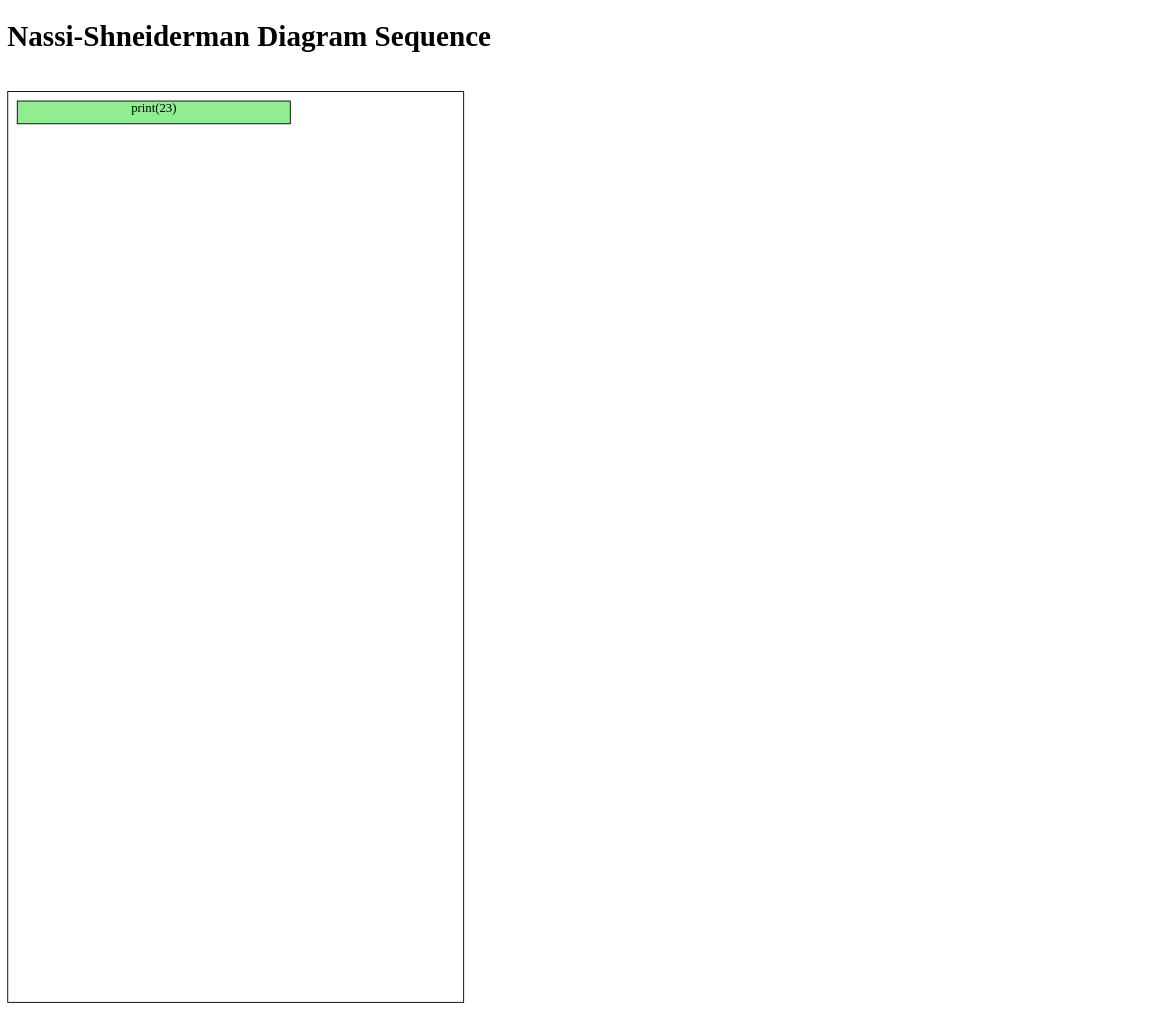
Repository: fabsch225/Nassi-Shneiderman-Compiler
Page: demo.html
The author's editor kept a copy of each file at every save. The page is drawn from the files as they stood at one save, then again after the next save.
The browser window is 1280 px wide. The pictures show the whole page, at 91% of full size.

Above is the page before, as saved 2024-05-15 23:20:52.

### demo.html
<!DOCTYPE html>
<html lang="en">
<head>
<meta charset="UTF-8">
<meta name="viewport" content="width=device-width, initial-scale=1.0">
<title>Nassi-Shneiderman Diagram Sequence</title>
<script src="src/nassi_svg_api.js"></script>
<script src="src/compiler.js"></script>
<script src="src/converter.js"></script>
<style>
    svg {
        border: 1px solid black;
        margin: 20px auto;
        width: 500px;
        height: 1000px;
    }
</style>
</head>
<body>
<h1>Nassi-Shneiderman Diagram Sequence</h1>
<svg id="canvas" ></svg>
<script>
    var svgContainer = document.getElementById('canvas');


    //Manual creation of a Nassi-Shneiderman diagram
    /*svgContainer.innerHTML += createSequenceBlock(10, 10, 300, 50, "Start").svgAppendix;
    var block = createDecisionBlock(10, 60, 300, 100, "Was ist Schwerer", "1 Kg Federn", "1 Kg Gold");
    svgContainer.innerHTML += block.svgAppendix;
    var bounds1 = block.children[0];
    var bounds2 = block.children[1];
    var option1 = createSequenceBlock(bounds1.start_x, bounds1.start_y, bounds1.width, bounds1.height, "Das ist richtig");
    var option2 = createSequenceBlock(bounds2.start_x, bounds2.start_y, bounds2.width, bounds2.height, "Das ist richtig");
    svgContainer.innerHTML += option1.svgAppendix;
    svgContainer.innerHTML += option2.svgAppendix;*/

    // Example usage:
    const code = `
        if (1 < 2) {
            print(1)
        }
        else if (2 < 3) {
            print(2)
        }
        else if (234234hshahs) {
            print(2)
        }
        else {
            print(3)
        }
        print(23)
    `;
    var svg = convert(10, 10, 300, 50, lex_front(code));
    svgContainer.innerHTML += svg;
</script>
</body>
</html>

### src/nassi_svg_api.js
function createStartEndBlock(x, y, width, height) {
    var h = 20;
    var svgAppendix =  `<rect x="${x}" y="${y}" width="${width}" height="${h}" stroke="black" fill="lightblue" />
        <text x="${x + width / 2}" y="${y + height / 2}" font-size="14px" fill="black" text-anchor="middle">Start</text>`;
    svgAppendix +=  `<rect x="${x}" y="${y + height - h}" width="${width}" height="${h}" stroke="black" fill="lightblue" />
        <text x="${x + width / 2}" y="${y + height / 2}" font-size="14px" fill="black" text-anchor="middle">End</text>`;
    var child = {start_x: x, start_y: y + h, width: width, height: height - 2 * h};

    return {svgAppendix: svgAppendix, children: [child]};
}

function createSequenceBlock(x, y, width, height, content) {
    svgAppendix = `<rect x="${x}" y="${y}" width="${width}" height="${height}" stroke="black" fill="lightgreen" />
        <text x="${x + width / 2}" y="${y + height / 2}" font-size="14px" fill="black" text-anchor="middle">${content}</text>`;
    return {svgAppendix: svgAppendix, children: []};
}

function createDecisionBlock(x, y, width, height, question, answerA, answerB) {
    var h = 20;
    var h_extra = h / 2;
    svgAppendix = `<polygon points="${x},${y} ${x + width},${y} ${x + width / 2},${y + h}" stroke="black" fill="lightyellow" />
        <polygon points="${x},${y} ${x},${y + h + h_extra} ${x + width / 2},${y + h + h_extra} ${x + width / 2},${y + h}" stroke="black" fill="lightyellow" />
        <polygon points="${x + width},${y} ${x + width},${y + h + h_extra} ${x + width / 2},${y + h + h_extra} ${x + width / 2},${y + h}" stroke="black" fill="lightyellow" />
        <text x="${x + width / 2}" y="${y + h / 2}" font-size="14px" fill="black" text-anchor="middle">${question}</text>
        <text x="${x + 7 * width / 8}" y="${y + h}" font-size="14px" fill="black" text-anchor="middle">${answerB}</text>
        <text x="${x + width / 8}" y="${y + h}" font-size="14px" fill="black" text-anchor="middle">${answerA}</text>`;

    childA = {start_x: x, start_y: y + h + h_extra, width: width / 2, height: height - h - h_extra};
    childB = {start_x: x + width / 2, start_y: y + h + h_extra, width: width / 2, height: height - h - h_extra};

    return {svgAppendix: svgAppendix, children: [childA, childB]};
}

// TODO: function createSwitchCaseBlock
// more...

### src/compiler.js
const tokens = ['if']
const branchers = ['{', '}']
const brackets = ['(', ')']

//
// 0: function call
// 1: ifs
// 2: ifs and else

function is_token(s) {
    return tokens.includes(s)
}

function is_token_prefix(s) { //maybe not the correct def of prefix
    if (is_token(s)) {
        return false
    }
    for (let i = 0; i < tokens.length; i++) {
        if (tokens[i].startsWith(s)) {
            return true
        }
    }
    return false
}

function get_arguments(s, i) {
    if (s[i] !== brackets[0]) {
        console.log(s[i])
        throw new Error('Expected (')
    }
    let arguments = ''
    let next_char = ''
    i += 1
    while (next_char !== brackets[1]) {
        arguments += s[i]
        i++
        next_char = s[i]
    }
    return {args: arguments, index: i + 1}
}

function lex_front(s) {
    return lex_back(s.replace(/\s/g, ''));
}

function lex_back(s) {
    console.log("Compiling: " + s)
    let i = 0
    let current_token = ''
    let tokens = []
    while (i < s.length) {
        while (is_token_prefix(current_token)) {
            current_token += s[i]
            i++
        }
        if (is_token(current_token)) {
            if (current_token === 'if') {
                var type = 1
                var branches = []
                var arguments = []

                var current_arguments = get_arguments(s, i)
                i = current_arguments.index

                console.log(current_arguments.args)

                if (s[i] !== branchers[0]) {
                    console.log(s[i])
                    throw new Error('Expected {')
                }
                i += 1
                var branch = ''
                var next_char = ''
                while (next_char !== branchers[1]) {
                    if (i > s.length) {
                        throw new Error('Expected }')
                    }
                    branch += s[i]
                    i++
                    next_char = s[i]
                }
                i += 1
                branches.push(lex_back(branch))
                arguments.push(current_arguments.args)

                while (s.substring(i, i + 6) === 'elseif') {
                    i += 6
                    var current_arguments = get_arguments(s, i)
                    i = current_arguments.index
                    if (s[i] !== branchers[0]) {
                        throw new Error('Expected {')
                    }
                    i += 1
                    var branch = ''
                    var next_char = ''
                    while (next_char !== branchers[1]) {
                        if (i > s.length) {
                            throw new Error('Expected }')
                        }
                        branch += s[i]
                        i++
                        next_char = s[i]
                    }
                    i += 1

                    branches.push(lex_back(branch))
                    arguments.push(current_arguments.args)
                }
                if (s.substring(i, i + 4) === 'else') {
                    type = 2
                    i += 4
                    i += 1
                    var branch = ''
                    var next_char = ''
                    while (next_char !== branchers[1]) {
                        if (i > s.length) {
                            throw new Error('Expected }')
                        }
                        branch += s[i]
                        i++
                        next_char = s[i]
                    }
                    i += 1
                    branches.push(lex_back(branch))
                }

                tokens.push({
                    type: type,
                    name: current_token,
                    arguments: arguments,
                    branches: branches
                })
            }
        }
        else {
            while (s[i] != brackets[0]) {
                if (i > s.length) {
                    throw new Error('Expected (')
                }
                current_token += s[i]
                i++
            }
            var current_arguments = get_arguments(s, i)
            i = current_arguments.index
            tokens.push({
                type: 0,
                name: current_token,
                arguments: [current_arguments.args],
                branches: []
            })
        }
        current_token = ''
    }
    return tokens
}

### src/converter.js
function convert(x, y, width, height, tree) {
    console.log("Converting ", tree)
    let svgAppendix = ''
    let h = height / tree.length
    let current_y = y
    for (let block of tree) {
        if (block.type == 0) { // sequential statement - function call
            svgAppendix += createSequenceBlock(x, current_y, width, h, block.name + '(' + block.arguments[0] + ')').svgAppendix
            current_y += h
        }
        else if (block.type == 1) { //ifs
            if (block.branches.length != 1) {
                throw new Error('Expected 1 branches, Nassi-Shneiderman diagrams only support single IF or one IF-ELSE statement')
            }
        }
        else if (block.type == 2) { //ifs and else

        }
    }
    return svgAppendix
}

function getHeight() {

}

After the next save:
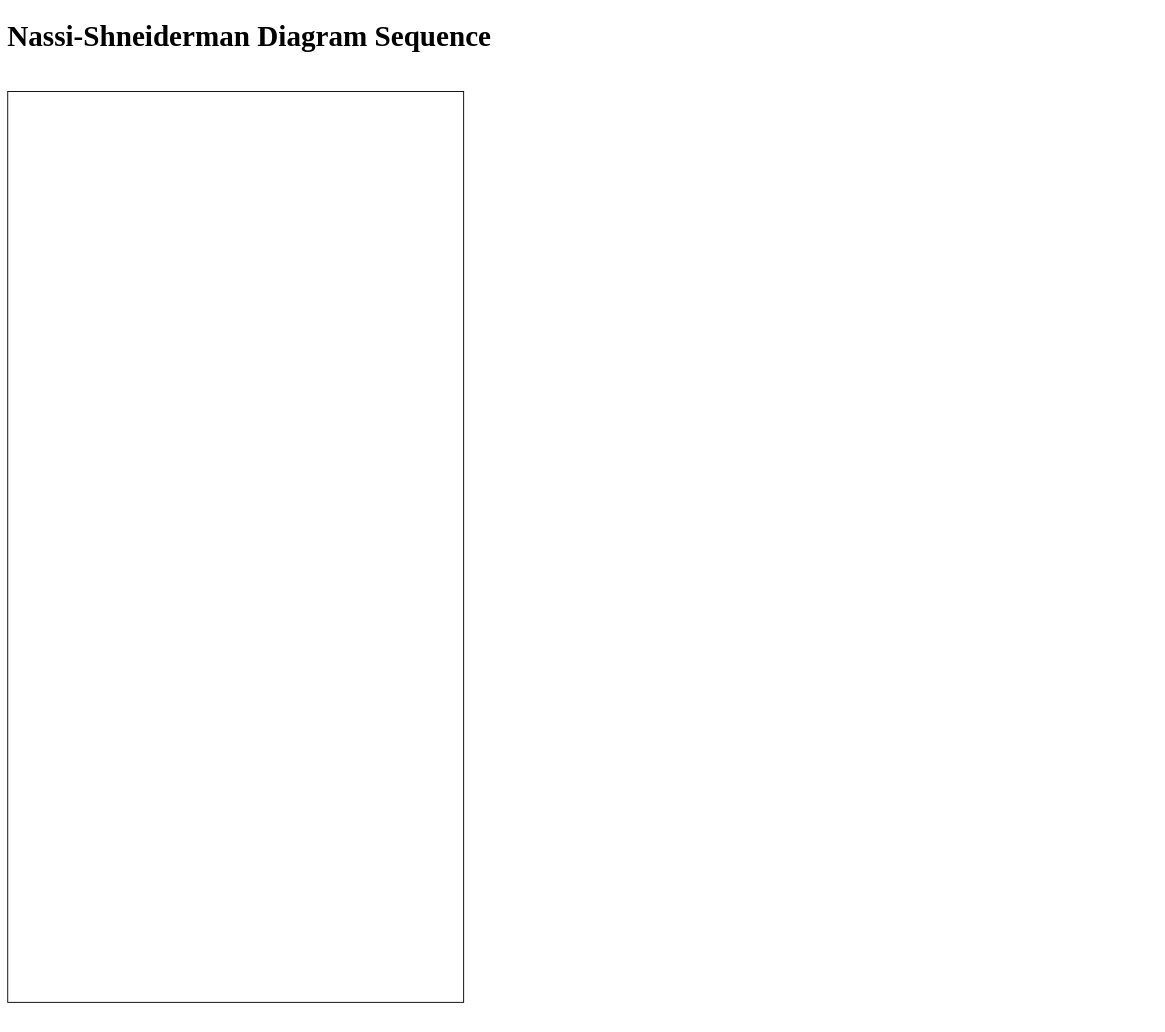
Console error: SyntaxError: Identifier 'block' has already been declared
Saved 95 s later.
--- a/src/converter.js
+++ b/src/converter.js
@@ -12,6 +12,11 @@
             if (block.branches.length != 1) {
                 throw new Error('Expected 1 branches, Nassi-Shneiderman diagrams only support single IF or one IF-ELSE statement')
             }
+            var block = createDecisionBlock(x, current_y, width, h, block.name + '(' + block.arguments[0] + ')', "1 Kg Federn", "1 Kg Gold");
+            svgContainer.innerHTML += block.svgAppendix;
+            var bounds1 = block.children[0];
+            var bounds2 = block.children[1];
+            var option1 = createSequenceBlock(bounds1.start_x, bounds1.start_y, bounds1.width, bounds1.height, "Das ist richtig");
         }
         else if (block.type == 2) { //ifs and else
 

After the 6 saves that followed:
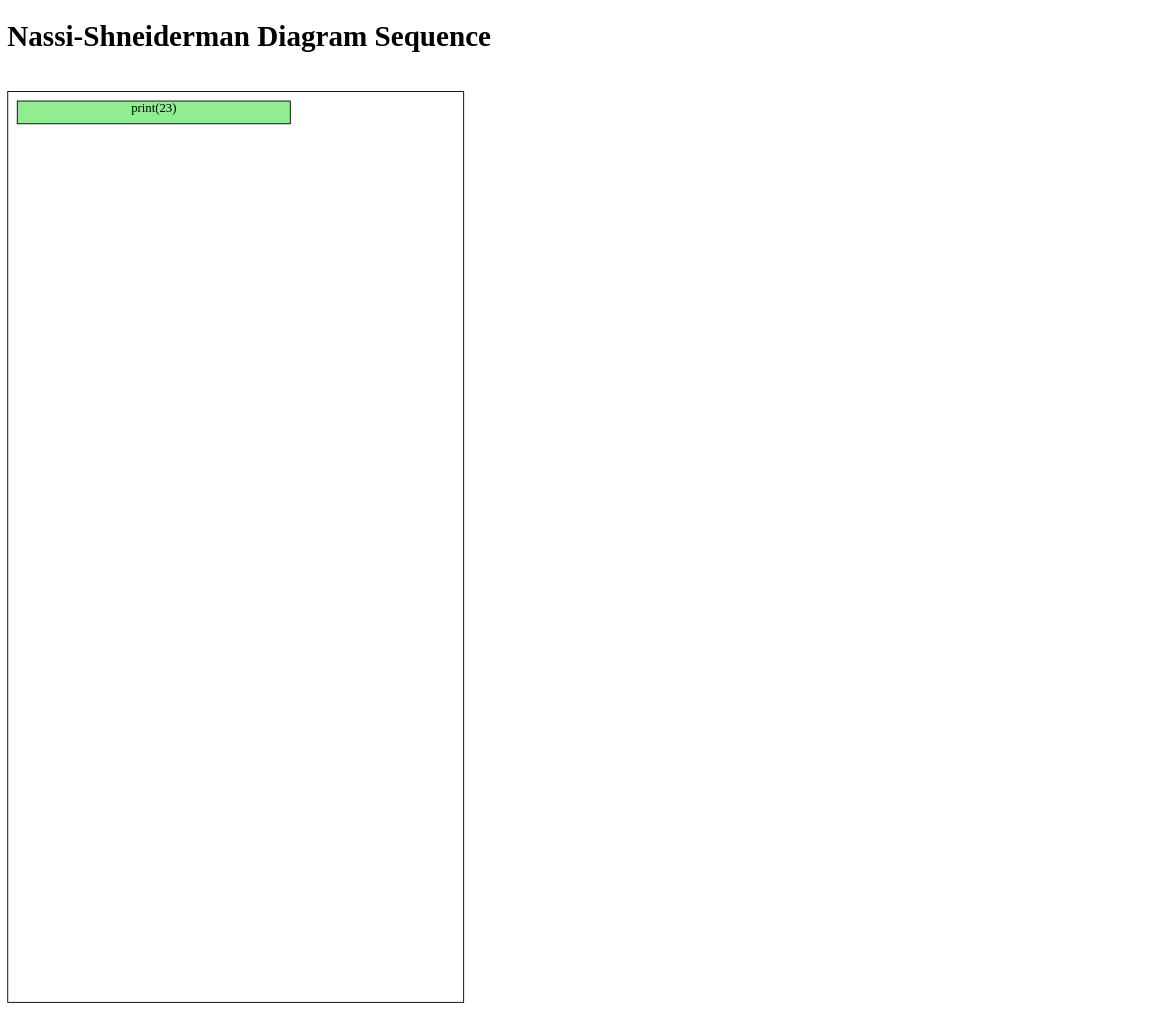
The error is gone.
The 6 saves are shown as one change because 4 left the picture as it was and some came seconds apart.
The last was saved 78 s later.
--- a/src/converter.js
+++ b/src/converter.js
@@ -12,11 +12,10 @@
             if (block.branches.length != 1) {
                 throw new Error('Expected 1 branches, Nassi-Shneiderman diagrams only support single IF or one IF-ELSE statement')
             }
-            var block = createDecisionBlock(x, current_y, width, h, block.name + '(' + block.arguments[0] + ')', "1 Kg Federn", "1 Kg Gold");
-            svgContainer.innerHTML += block.svgAppendix;
+            var sub_block = createDecisionBlock(x, current_y, width, h, block.name + '(' + block.arguments[0] + ')', "TRUE", "FALSE");
+            svgAppendix += block.svgAppendix;
             var bounds1 = block.children[0];
-            var bounds2 = block.children[1];
-            var option1 = createSequenceBlock(bounds1.start_x, bounds1.start_y, bounds1.width, bounds1.height, "Das ist richtig");
+            svgAppendix += convert(bounds1.start_x, bounds1.start_y, bounds1.width, bounds1.height, block.branches[0]);
         }
         else if (block.type == 2) { //ifs and else
 
